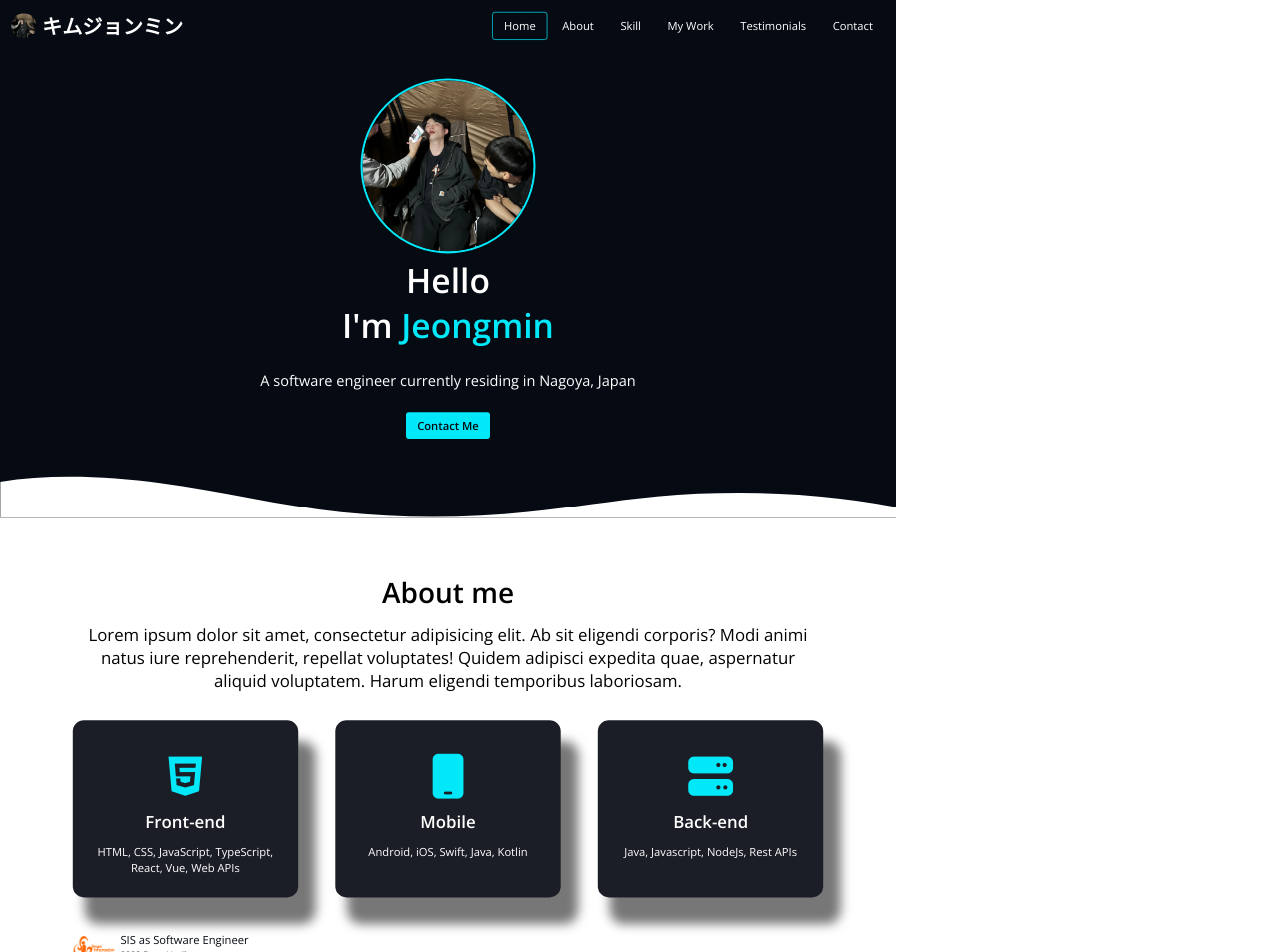
Repository: N1C0N1C0/Portfolio
Page: index.html
An editor plug-in stored every save of this project. The page is shown before and after the next save, followed by the edit.
The browser window is 1280 px wide. The page is 1819 px wide, so the pictures cover 1819 px, including what lies to the right of the window. The pictures show the part of the page from y = 0 to 1360 px (the page is 4463 px tall), at 70% of full size.
Some web libraries are served in a nearby version.

Above is the page before, as saved 2024-01-03 23:23:37.

After the next save:
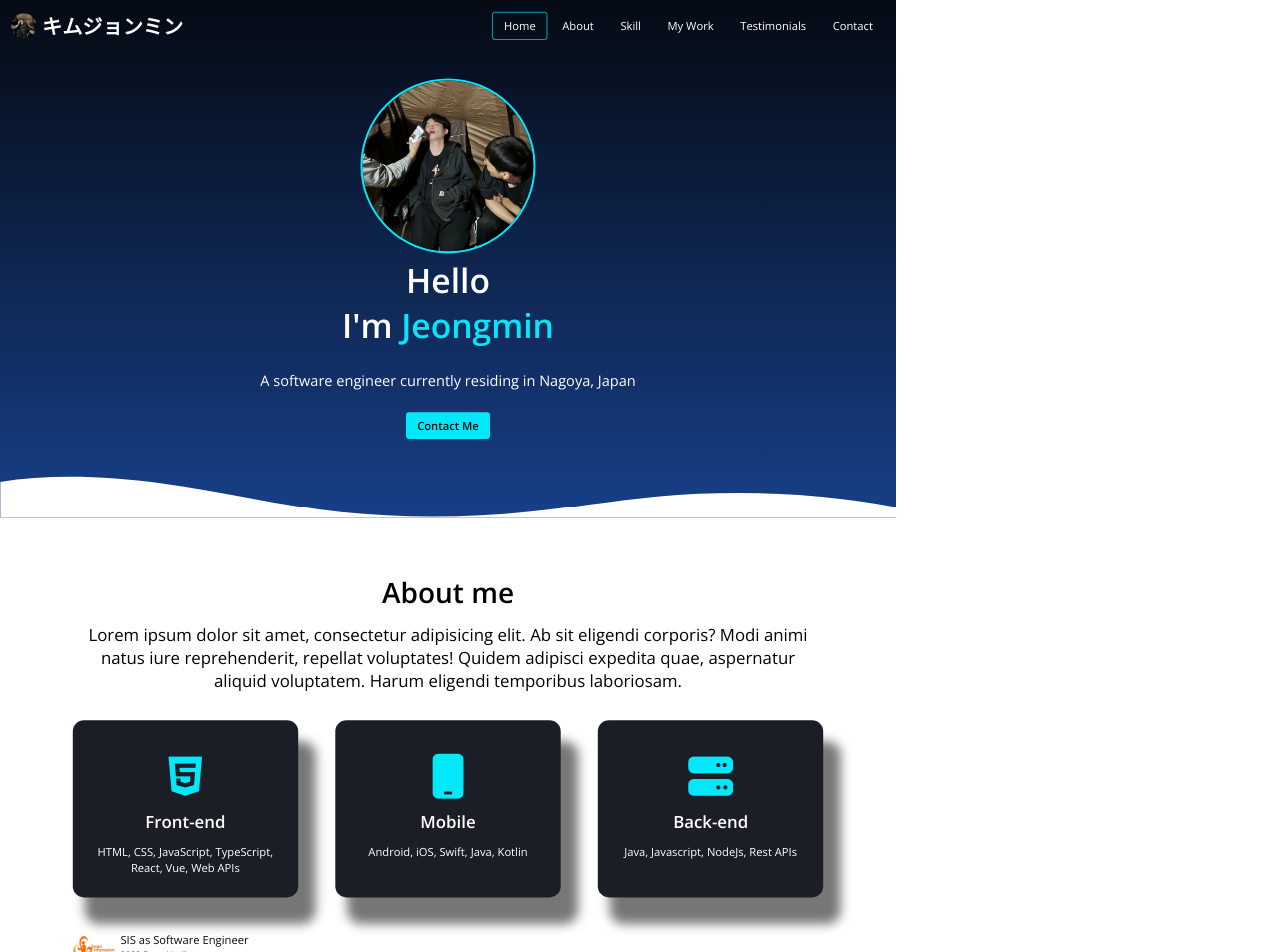
Saved 31 s later.
--- a/css/style.css
+++ b/css/style.css
@@ -149,7 +149,7 @@ button:focus {
 #home {
     position: relative;
     background-color: var(--color-primary);
-    background: linear-gradient(180deg, rgba(19,64,145,1) 0%, rgba(5,10,19,1) 0%);
+    background: linear-gradient(180deg, rgba(5,10,19,1) 0%, rgba(23,63,136,1) 100%);
     color: var(--color-text);
     padding: 5rem 1rem;
     padding-top: 7rem;
